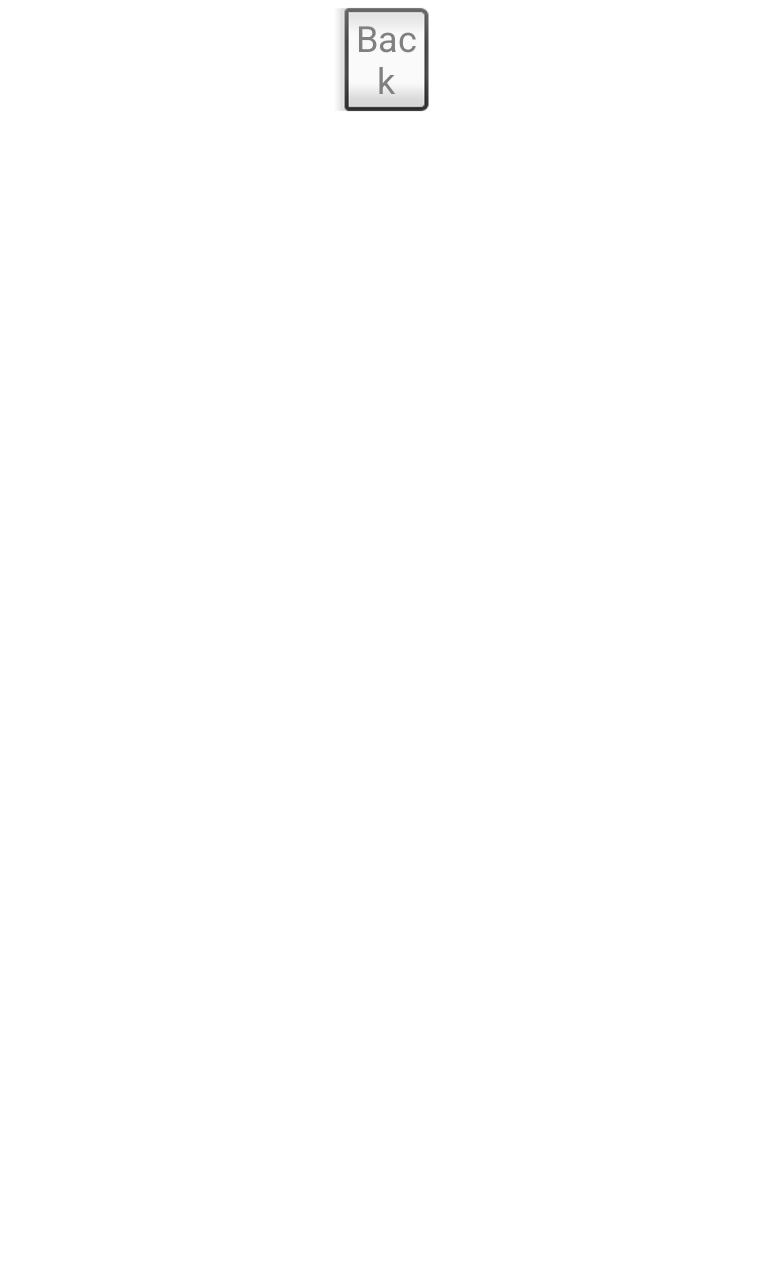
Repository: scottcaruso/Java_I_1307_Week4
Layout: myGov/res/layout/politician_display.xml
These files come from the project's save history. The layout is drawn as it stood at one moment and after the next save; the edit follows.
It is drawn on a 768 x 1280 px phone screen (xhdpi) without system bars, with theme AppTheme; the app's code is not run.

Above is the layout before, as saved 2013-08-01 20:23:36.

### myGov/res/layout/politician_display.xml
<?xml version="1.0" encoding="utf-8"?>
<LinearLayout xmlns:android="http://schemas.android.com/apk/res/android"
    android:layout_width="match_parent"
    android:layout_height="match_parent"
    android:orientation="vertical" >

    <Button
        android:id="@+id/back"
        style="@android:style/Widget.Holo.Button.Inset"
        android:layout_width="50dp"
        android:layout_height="wrap_content"
        android:layout_gravity="center"
        android:hint="@string/back" />

final TextView polLabel = UIElementCreator.createLabel(currentMainContext, "Politician Name: ");
				final TextView polPartyLabel = UIElementCreator.createLabel(currentMainContext, "Party Affiliaition: ");
				final TextView polStateLabel = UIElementCreator.createLabel(currentMainContext, "From State: ");
				final TextView polTermLabel = UIElementCreator.createLabel(currentMainContext, "Term Started: ");
				final TextView polTwitterLabel = UIElementCreator.createLabel(currentMainContext, "Twitter Handle: ");
				final TextView polWebsiteLabel = UIElementCreator.createLabel(currentMainContext, "Website Address: ");

				final TextView polName = UIElementCreator.createLabel(currentMainContext,thisPol.getString("Name"));
				final TextView polParty = UIElementCreator.createLabel(currentMainContext, thisPol.getString("Party"));
				final TextView polState = UIElementCreator.createLabel(currentMainContext, thisPol.getString("State"));
				final TextView polTerm = UIElementCreator.createLabel(currentMainContext, thisPol.getString("Term Start"));
				final TextView polTwitter = UIElementCreator.createLabel(currentMainContext, thisPol.getString("Twitter"));
				final TextView polWebsite = UIElementCreator.createLabel(currentMainContext, thisPol.getString("Website"));

</LinearLayout>

### myGov/res/values/strings.xml
<?xml version="1.0" encoding="utf-8"?>
<resources>

    <string name="app_name">myGov</string>
    <string name="action_settings">Settings</string>
    <string name="hello_world">Hello world!</string>
    <string name="enter_zip">Enter Zip</string>
    <string name="search_now">Search Now</string>
    <string name="view_saved_politicians">View Saved Politicians</string>
    <string name="back">Back</string>

</resources>

Loaded but not shown: myGov/res/values/styles.xml (common file); myGov/res/values-v11/styles.xml (common file); myGov/res/values-v14/styles.xml (common file)

After the next save:
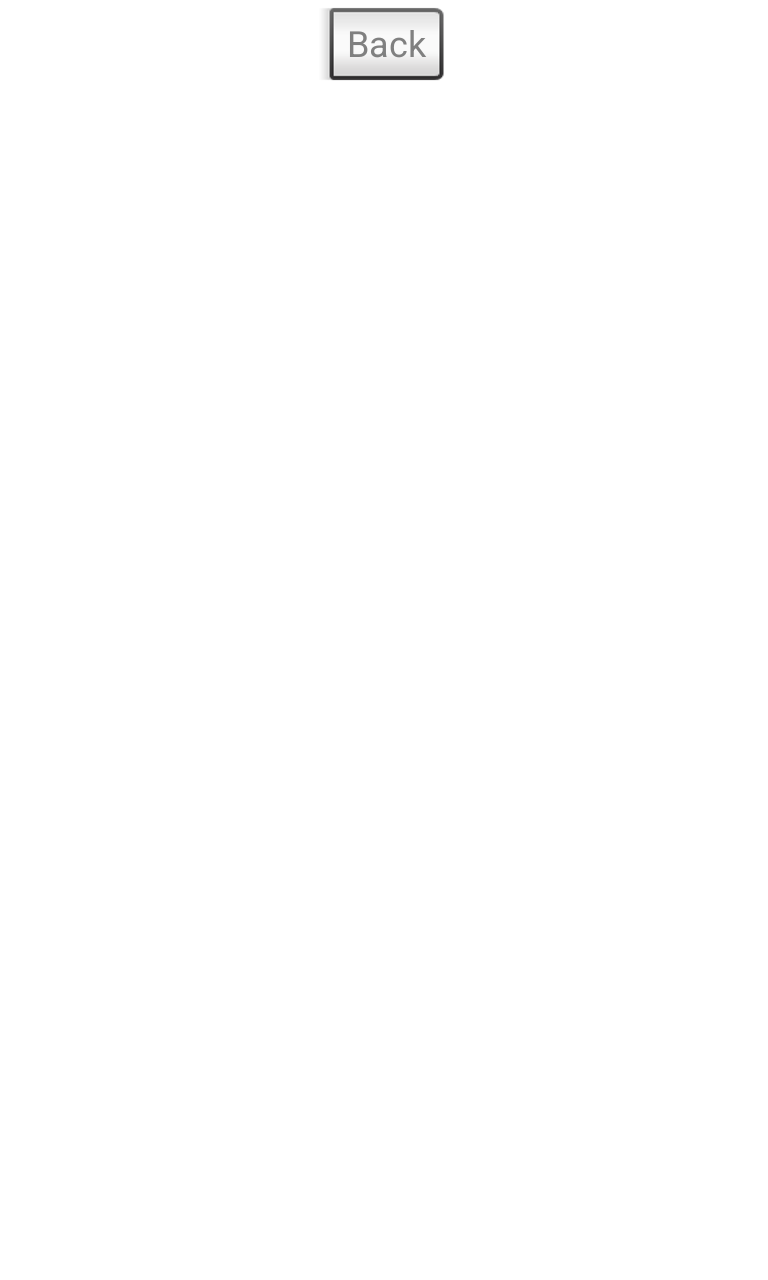
Saved 8 s later.
--- a/myGov/res/layout/politician_display.xml
+++ b/myGov/res/layout/politician_display.xml
@@ -7,7 +7,7 @@
     <Button
         android:id="@+id/back"
         style="@android:style/Widget.Holo.Button.Inset"
-        android:layout_width="50dp"
+        android:layout_width="65dp"
         android:layout_height="wrap_content"
         android:layout_gravity="center"
         android:hint="@string/back" />
